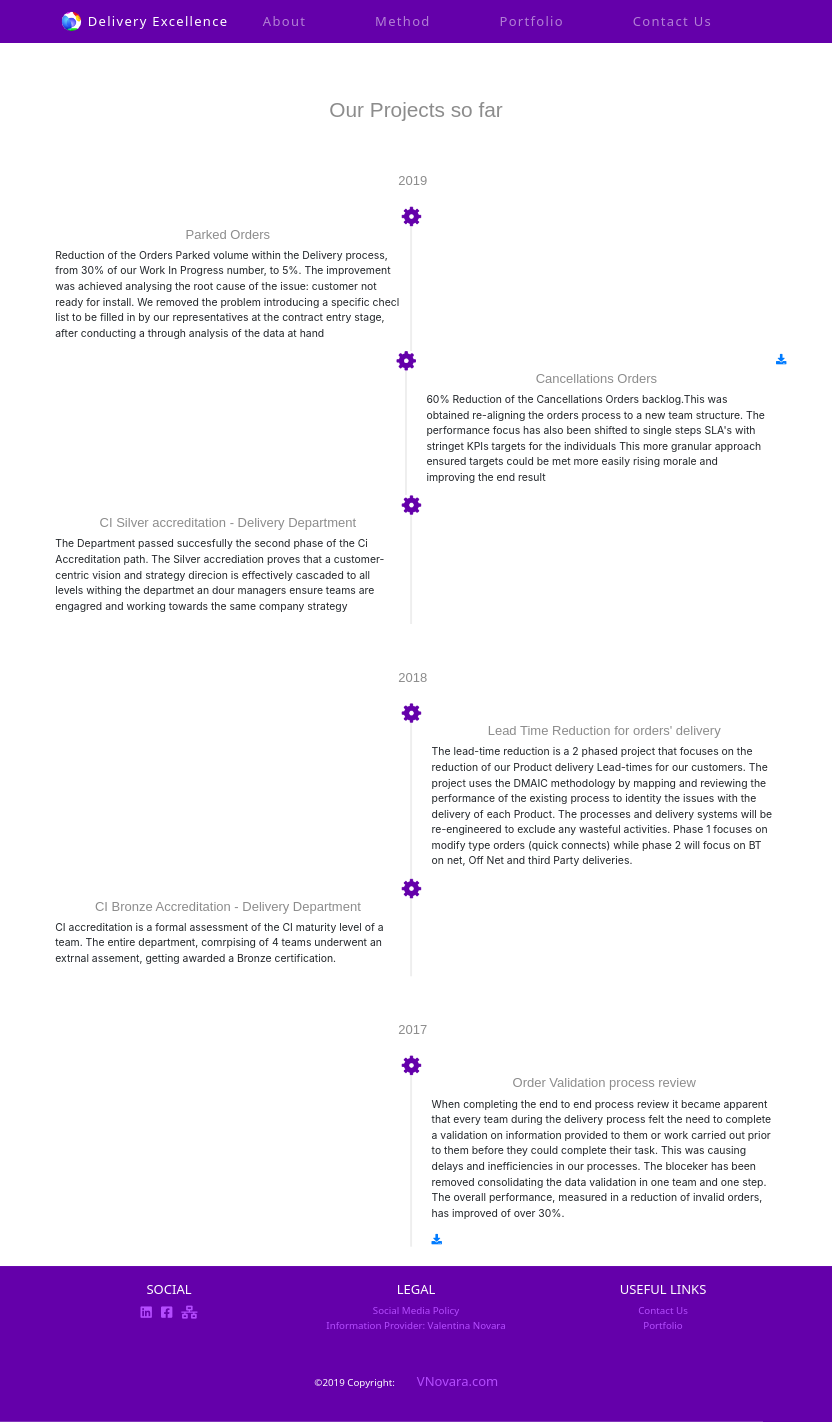
Repository: valenovi76/DeliveryExcellence
Page: portfolio.html
The author's editor kept a record of every edit. The page is drawn from the files as they stood at one moment, then again after the next edit.
The browser window is 1280 px wide. The pictures show the whole page, at 65% of full size.
Some web libraries are served in a nearby version.

Above is the page before.
Console error: ReferenceError: google is not defined

### portfolio.html
<!DOCTYPE html>
<html lang="en">
<head>
    <meta charset="UTF-8">
    <meta name="viewport" content="width=device-width, initial-scale=1.0">
    <meta http-equiv="X-UA-Compatible" content="ie=edge">
    <style>
    @import url('https://fonts.googleapis.com/css?family=Noto+Sans&display=swap');
    </style>
    <link rel="stylesheet" href="https://stackpath.bootstrapcdn.com/bootstrap/4.3.1/css/bootstrap.min.css" integrity="sha384-ggOyR0iXCbMQv3Xipma34MD+dH/1fQ784/j6cY/iJTQUOhcWr7x9JvoRxT2MZw1T" crossorigin="anonymous">
    <link rel="stylesheet" href="https://use.fontawesome.com/releases/v5.9.0/css/all.css">
    <link rel="stylesheet" href="https://cdnjs.cloudflare.com/ajax/libs/hover.css/2.3.1/css/hover-min.css" type="text/css" />
    <link rel="stylesheet" href="assets/css/style.css" type="text/css" />
    <title>Portfolio</title>
</head>
<body>

<!-- Bootstrap navbar -->
                <nav class="navbar fixed-top navbar-expand-lg navbar-dark" style="background-color: #6400AA;">
                    <div class="container">
                  <img class="logo" src="assets/images/BTlogo.jpg" width="30" height="30" alt="Bt Logo">
                  <a class="navbar-brand" href="index.html">Delivery Excellence</a>

                  <button class="navbar-toggler" type="button" data-toggle="collapse" data-target="#navbarSupportedContent" aria-controls="navbarSupportedContent" aria-expanded="false" aria-label="Toggle navigation">
                    <span class="navbar-toggler-icon"></span>
                  </button>
                  <div class="collapse navbar-collapse" id="navbarSupportedContent">
                    <ul class="navbar-nav mr-auto">

                          <li class="nav-item">
                                <a class="nav-link" href="team.html">About</a>
                          </li>
                          <li class="nav-item">
                                <a class="nav-link" href="method.html">Method</a>
                          </li>
                           <li class="nav-item">
                                <a class="nav-link" href="portfolio.html">Portfolio</a>
                          </li>
                          <li class="nav-item">
                                <a class="nav-link" href="contact.html">Contact Us</a>
                          </li>
                    </ul>
                      </div>
                      </div>
                </nav>


<div class="main-content">
    <div class="portfolio-bckgrnd">
    <div class="container">
      <div class="row">
                <div class="col-sm-12">
                    <h2>Our Projects so far</h2>

                </div>
            </div>

                <div class="row year">
                <div class="col year-portf">
                <h4>2019</h4>
                </div>
                </div>

                <div class="row parked-orders">

                    <div class="col-sm portfolio-item left-text parked-orders">
                        <h4>Parked Orders</h4>
                        <p>Reduction of the Orders Parked volume within the Delivery process, from 30% of our Work In Progress number, to 5%.
                        The improvement was achieved analysing the root cause of the issue: customer not ready for install. We removed the problem introducing
                        a specific checl list to be filled in by our representatives at the contract entry stage, after conducting a through analysis of the data at hand
                        </p>

                    </div>

                    <div class="col-sm portfolio-item right-text parked-orders">


                    </div>
                </div>
                <div class="row ceases">
                    <div class="col-sm portfolio-item left-text ceases">


                    </div>

                    <div class="col-sm portfolio-item right-text ceases">
                        <h4>Cancellations Orders</h4>
                        <p>60% Reduction of the Cancellations Orders backlog.This was obtained re-aligning the orders process to a new team structure.
                        The performance focus has also been shifted to single steps SLA's with stringet KPIs targets for the individuals
                        This more granular approach ensured targets could be met more easily rising morale and improving the end result</p>

                    </div>
                    <a href="docs/OrderValidation.docx" download="Order Validation">
                          <i class="fas fa-download"></i>
                    </a>
                </div>
                <div class="row ci-silver">
                    <div class="col-sm portfolio-item left-text ci-silver">
                       <h4>CI Silver accreditation - Delivery Department</h4>
                        <p>The Department passed succesfully the second phase of the Ci Accreditation path.
                        The Silver accrediation proves that a customer-centric vision and strategy direcion is effectively cascaded to all levels withing the departmet
                        an dour managers ensure teams are engagred and working towards the same company strategy</p>
                    </div>

                    <div class="col-sm portfolio-item right-text ci-silver">


                    </div>
                </div>
                <div class="row year">
                <div class="col year-portf">
                <h4>2018</h4>
                </div>
                </div>
                <div class="row lead-time">
                    <div class="col-sm portfolio-item left-text ">


                    </div>
                    <div class="col-sm portfolio-item right-text">
                     <h4>Lead Time Reduction for orders' delivery</h4>
                        <p>The lead-time reduction is a 2 phased project that focuses on the reduction
                        of our Product delivery Lead-times for our customers.
                        The project uses the DMAIC methodology by mapping and reviewing the performance of
                        the existing process to identity the issues with the delivery of each Product.
                        The processes and delivery systems will be re-engineered to exclude any wasteful activities.
                        Phase 1 focuses on modify type orders (quick connects) while phase 2 will
                        focus on BT on net, Off Net and third Party deliveries.
                         </p>
                    </div>
                </div>
                <div class="row ci-bronze">
                    <div class="col-sm portfolio-item left-text">
                       <h4>CI Bronze Accreditation - Delivery Department</h4>
                        <p>CI accreditation is a formal assessment of the CI maturity level of a team.
                        The entire department, comrpising of 4 teams underwent an extrnal assement,
                        getting awarded a Bronze certification.
 </p>
                    </div>
                    <div class="col-sm portfolio-item right-text">


                    </div>
                </div>
                 <div class="row year">
                <div class="col year-portf">
                <h4>2017</h4>
                </div>
                </div>
                <div class="row order-validation">
                    <div class="col-sm portfolio-item left-text">
                    </div>
                    <div class="col-sm portfolio-item right-text">
                     <h4>Order Validation process review</h4>
                        <p>
                        When completing the end to end process review it became apparent that every team
                        during the delivery process felt the need  to complete a validation on information provided to them
                        or work carried out prior to them before they could complete their task.
                        This was causing delays and inefficiencies in our processes.
                        The bloceker has been removed consolidating the data validation in one team and one step.
                        The overall performance, measured in a reduction of invalid orders, has improved of over 30%.
                         </p>
                         <a href="docs/OrderValidation.docx" download="Order Validation">
                          <i class="fas fa-download"></i>
                        </a>
                    </div>
                </div>
       </div>

</div>
</div>
      <!-- Bootstrap Footer -->
      <footer class="page-footer font-small  pt-4">
         <div class="container text-center text-md-center">
            <div class="row">
               <div class="col-sm">
                  <h5 class="text-uppercase">Social</h5>
                  <ul class="list-unstyled">
                  <li class="unstyled-icons">
                     <a class="social-icon" href="https://www.linkedin.com/company/bt" title="LinkedIn" target="_blank" rel="noopener"><i class="fab fa-linkedin"></i></a>
                  </li>
                  <li class="unstyled-icons">
                     <a class="social-icon" href="https://www.facebook.com/BTUK/"  title="FaceBook" target="_blank" rel="noopener"><i class="fab fa-facebook-square"></i></a>
                  </li>
                  <li class="unstyled-icons">
                     <a class="social-icon" href="https://intra.bt.com/" title="BT Intranet" target="_blank" rel="noopener"><i class="fas fa-network-wired"></i></a>
                  </li>
                  </ul>
               </div>
               <div class="col-sm">
                  <h5 class="text-uppercase">Legal</h5>
                  <ul class="list-unstyled">
                     <li>
                        <a   href="https://intra.bt.com/bt/group/socialmedia/Pages/Social-media-guidelines.aspx">Social Media Policy</a>
                     </li>
                     <li>
                        <a  href="https://myprofile.bt.com/person.aspx">Information Provider: Valentina Novara</a>
                     </li>
                  </ul>
               </div>
               <div class="col-sm">
                  <h5 class="text-uppercase">Useful Links</h5>
                  <ul class="list-unstyled">
                     <li>
                        <a   href="contact.html">Contact Us</a>
                     </li>
                     <li>
                        <a   href="portfolio.html">Portfolio</a>
                  </ul>
               </div>
            </div>
         </div>
            <div class="footer-copyright text-center py-3">©2019 Copyright:
            <a href="https://mdbootstrap.com/education/bootstrap/">VNovara.com</a>
         </div>
      </footer>

      <!-- Bootstrap core JavaScript
    ================================================== -->
    <!-- Placed at the end of the document so the pages load faster -->
<script src="https://cdnjs.cloudflare.com/ajax/libs/jquery/3.4.1/jquery.slim.min.js"></script>
<script src="https://cdnjs.cloudflare.com/ajax/libs/popper.js/1.15.0/umd/popper.min.js"></script>
<script src="https://cdnjs.cloudflare.com/ajax/libs/twitter-bootstrap/4.3.1/js/bootstrap.min.js"></script>
<script src="assets/js/scripts.js"></script>

</body>
</html>

### assets/css/style.css
/*--ColorPalette--*/


/*background : #C30D4C fucsia
background : #6400AA purple
background : #E60050 #E60050
background-color : #6400AA
color : #FFFFFF*?

/*--Header/Navbar--*/

.navbar {
  letter-spacing: 2px;
  font-family: "Noto sans", sans-serif;
  font-weight: lighter;
  font-size: 15px;
  color: #fafafa;
  text-align: center;
}

.navbar-brand{
  margin-right:0px;
  font-size: 1rem;
}
.nav-link {
  font-family: "Noto Sans", sans-serif;
  font-weight: 100;
  font-size: 20px;
  color: white;
  text-align: left;
}

.nav-link:hover {
  color: white;
  text-decoration: none;
}

.logo {
  border-radius: 50%;
  margin: 10px;
}

@media (min-width: 992px) {
  .navbar li {
    margin-left: 3em;
    margin-right: 3em;
  }
}

@media (min-width: 375px){
  .navbar-brand{
    font-size:1.25rem;
  }
}

/*--Footer--*/

.page-footer {
  font-family: "Noto sans", sans-serif;
  font-weight: 100;
  font-size: 15px;
  color: #ffffff;
  background-color: #6400AA;
}

.social-icon {
  color: #B54DFF;
  font-size: 20px;
  padding: 5px;
}

.unstyled-icons {
  display: inline-block;
}

.page-footer a {
  color: #B54DFF;
}

.page-footer a:hover {
  text-decoration: none;
  color: #ffffff;
}

.footer-copyright a {
  font-family: "Noto sans", sans-serif;
  font-weight: 100;
  font-size: 20px;
  color: #B54DFF;
  padding: 30px;
  display:inline-block;
}


/*--Text styles--*/
h1 {
    color: white;
    font-family: "Noto Sans", sans-serif;
    font-size: 20px;
    font-weight:400;
    margin-top:100px;
    padding:0 50px;
    text-transform: uppercase;
}


h2 {
  font-family: "Nato sans", sans-serif;
  font-weight: lighter;
  color:#8C8C8C;
  margin-top: 150px;
  text-align:center;
}

h3 {
  font-family: "Nato sans", sans-serif;
  font-weight: lighter;
  color:  #38403B;
  margin-top: 10px;
  text-align:center;
}

h4 {
  font-family: "Nato sans", sans-serif;
  font-size: 20px;
  color: #8C8C8C;
  margin-top: 30px;
  text-align: center;

}

h6 {
  font-family: "Nato sans", sans-serif;
  margin-top: 40px;
  text-align:center;
  font-weight: 600;
  color:  #38403B;
}


/*--Home Page--*/

body {
  background-color:#6400AA;
}

.bckgrnd {
  height:80vh;
  background-image: url("../images/journey2.jpg");
  background-repeat: no-repeat;
  background-size: cover;
  background-position: center center;
}

.overlay {
  background-color: rgba(0,0,0,0.3);
    width: 100%;
    height: 80vh;}


.bckgrnd p{
  color:white;
font-family:"Noto sans", sans-serif;
font-size:11px;
font-weight:400;
margin-bottom:0px;
padding:0 50px;

}

@media(min-device-width : 768px){
  .cover-title{
    font-size: 50px;
    margin-top:200px;}
  .bckgrnd p{
  font-size:25px;
  }
}



.btn-contact {
  margin-top: 20px;
    background-color: #666666;
    margin-bottom: 30px;
    margin-left: 45px;
}

/*--Contact page --*/

.main-content{
  /*background-image: url("");*/
  background-color:white;
}


.contact i {
  text-align: center;
  display: inline-block;
  width: 100%;
  font-size: 3rem;
  margin-top: 50px;
  color: #EEEEEE;
}

.phone{text-align: center;}

.ph-num {
  font-family: "Noto-sans", sans-serif;
  font-size: 20px;
  font-weight: lighter;
  color: #333333;

}


.ph-num hover {
  color: #C30D4C;
  text-decoration: none;
}

address {
  font-family: "Noto-sans", sans-serif;
  font-size: 20px;
  font-weight: lighter;
  color: #333333;
  text-align: center;
}


/*--Contact form--*/


.cont-form {
  flex-grow: 0;
  padding-top: 20px;
  padding-left:5px;
  padding-right:5px;
  text-align: center;
}

.cont-form input {
  font-family: "Noto sans", sans-serif;
  text-transform: uppercase;
  text-align:center;
  width: 100%;
  padding: 6px;
  margin-bottom: 5px;
  border: 1px solid black;
}

#message-area {
  height: 100px;
}

.btn {
  margin-top: 20px;
  background-color: #666666;
  margin-bottom: 30px;
}

.btn-primary {
    border-color: #666666;
}

.btn-primary:hover {
  background-color: #6400AA;
}



input:hover {
  background: #EEEEEE;
  color: #333333;
}


input:valid {
  border: 1px solid black;
}


/*--The team--*/

.team-page {
  text-align: center;
}

.team-member-shot {
  height: 146px;
  width: 146px;
  margin-top: 40px;
  border-radius: 50%;
  margin-left: auto;
  margin-right: auto;
  display: block;
}


.team-member-name {
  text-align: center;
  display: block;
  width: 100%;
  padding-bottom: 30px;

}

.team-p {
  text-align: center;
  color:black;
  font-weight: 300;
  font-family: "Roboto", sans-serif;
  margin-left: 10px;
  margin-right:10px;
}

.bio {
  height: 300px;
}

.pie-title {
  display: block;
  text-align: center;
}



/*--Method--*/

.define-text {
  border: 1px solid;
  border-color: #DDDDDD;
  border-top: none;
  border-right: none;
  padding-bottom: 20px;
}

.meausure-img {
  border: 1px solid;
  border-color: #DDDDDD;
  border-top: none;
  border-left: none;

}

.analyse-text {
  border: 1px solid;
  border-color: #DDDDDD;
  border-top: none;
  border-right: none;
  padding-bottom: 20px;
}

.improve-img {
  border: 1px solid;
  border-color: #DDDDDD;
  border-top: none;
  border-left: none;

}

.control{
  padding-bottom: 40px;
}
.control-text {
  border: 1px solid;
  border-color: #DDDDDD;
  border-top: none;
  border-right: none;
  padding-bottom: 20px;
}

.method-item-number {
  font-size: 5.584rem;
  color: #e1e1e1;
  left: 0;
  top: 0;
  -webkit-transform: translate(-127%, -21%);
  -ms-transform: translate(-127%, -21%);
  transform: translate(-127%, -21%);
  font-family: Noto Sans, sans-serif;
  font-weight: 800;
  background-color: #fff;
}

.method-img {
    display: block;
    margin: 30px auto 30px auto;
    width: 35%;
    padding-top: 30px;
}


@media(max-width: 600px){
  .method-img{
  display: none;}
}

/*--Portfolio--*/





.right-text{
  padding-left:30px;
}
.year {
    text-align: center;
    padding-right: 10px;
    margin-top: 40px;
    margin-bottom: 20px;
}

.order-validation{
  padding-bottom: 30px;
}

@media (min-width:420px) {
  .left-text {
  border: 3px solid;
  border-color: #EEEEEE;
  border-left: none;
  border-top: none;
  border-bottom: none;}
  .left-text:before {
   content: "";
  width: 30px;
  height: 30px;
  background-image: url("../images/purplegear.png");
  background-size: contain;
  background-color: white;
  position: absolute;
  right: -17px;
  top: 0;
}
}

### assets/js/scripts.js
      // Load Charts and the corechart package.
      google.charts.load('current', {'packages':['corechart']});

      // Draw the pie chart for Michelle's pizza when Charts is loaded.
      google.charts.setOnLoadCallback(drawMichelleChart);

      // Draw the pie chart for the Karen's pizza when Charts is loaded.
      google.charts.setOnLoadCallback(drawKarenChart);

      // Draw the pie chart for the Vale's pizza when Charts is loaded.
      google.charts.setOnLoadCallback(drawValeChart);

      // Callback that draws the pie chart for Michelle's pizza.
      function drawMichelleChart() {

        // Create the data table for Michelle's pizza.
        var data = new google.visualization.DataTable();
        data.addColumn('string', 'Skills');
        data.addColumn('number', '%');
        data.addRows([
          ['Project Management', 5],
          ['Six ∑', 4],
          ['Lean Pract.', 2],
          ['CI Coaching', 5],
        ]);

        // Set options for Michelle's pie chart.
        var options = {legend:'left',
                       colors: ['#6300AA', '#B54DFF', '#9500FF', '#5A2680', '#7700CC'],
                       fontSize:11,
                       pieSliceText:'percentage',
                       sliceVisibilityThreshold:1/720,

        };

        // Instantiate and draw the chart for Michelle's pizza.
        var chart = new google.visualization.PieChart(document.getElementById('Michelle_chart_div'));
        chart.draw(data, options);
      }

      // Callback that draws the pie chart for Karen's pizza.
      function drawKarenChart() {

        // Create the data table for Karen's pizza.
        var data = new google.visualization.DataTable();
        data.addColumn('string', 'Skills');
        data.addColumn('number', '%');
        data.addRows([
          ['Project Management', 3],
          ['Six ∑', 4],
          ['CI Coaching', 4],
          ['Data Analytics', 3]
        ]);

        // Set options for Karen's pie chart.
        var options = {
          legend:'left',
          colors: ['#6300AA', '#B54DFF','#9500FF'],
          fontSize:11,
        };

        // Instantiate and draw the chart for Karen's pizza.
        var chart = new google.visualization.PieChart(document.getElementById('Karen_chart_div'));
        chart.draw(data, options);

      }

        // Callback that draws the pie chart for Vale's pizza.
      function drawValeChart() {

        // Create the data table for Vale's pizza.
        var data = new google.visualization.DataTable();
        data.addColumn('string', 'Skills');
        data.addColumn('number', '%');
        data.addRows([
          ['SQL', 2],
          ['HTML', 2],
          ['CSS', 2],
          ['Six ∑', 0],
          ['Vba', 3]
        ]);

        // Set options for Vale's pie chart.
        var options = {
          legend:'left',
          colors: ['#6300AA', '#B54DFF', '#9500FF', '#5A2680', '#7700CC'],
          fontSize:11,
        };

        // Instantiate and draw the chart for Vale's pizza.
        var chart = new google.visualization.PieChart(document.getElementById('Vale_chart_div'));
        chart.draw(data, options);
      }

After the next edit:
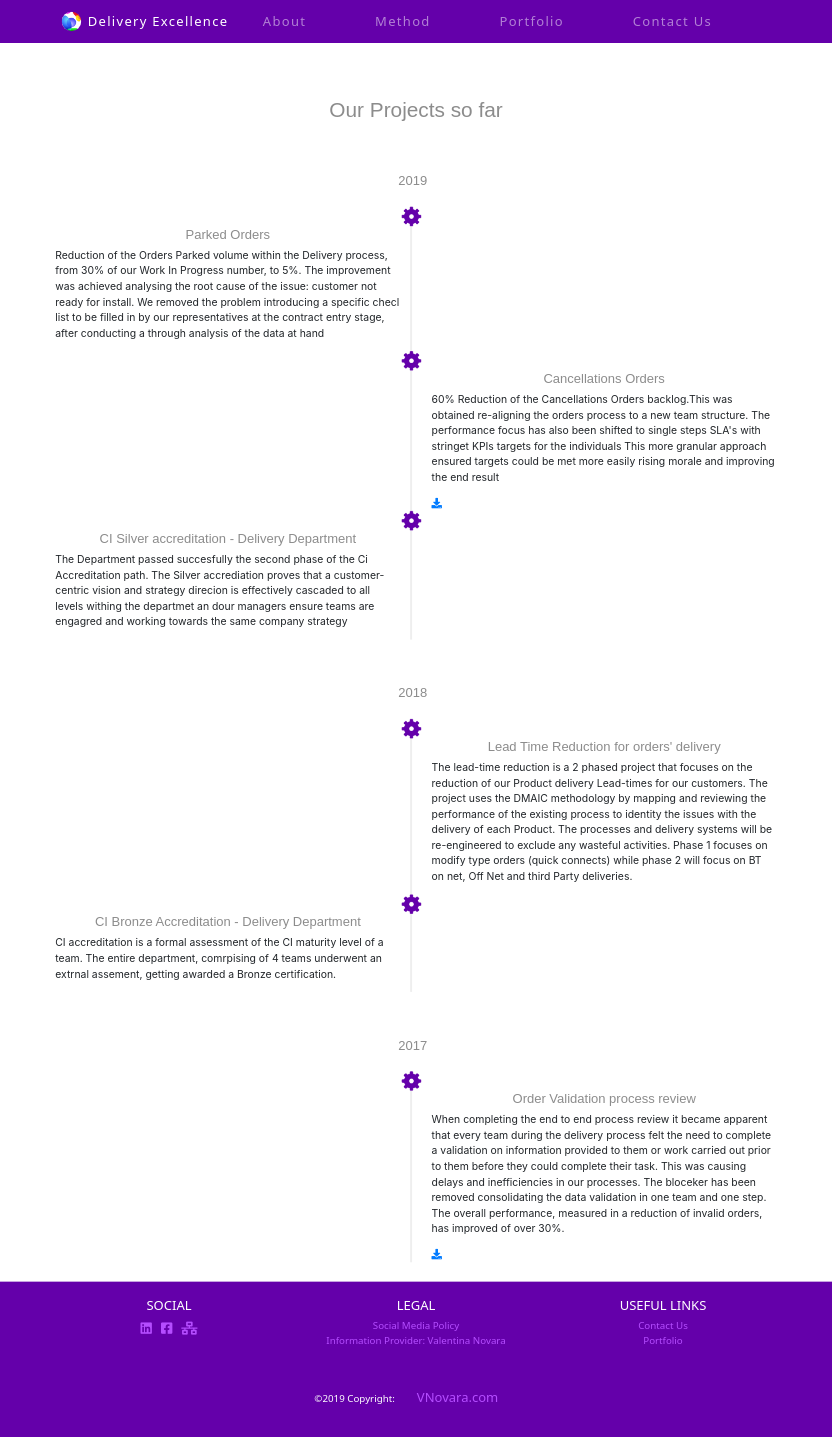
The edit:
--- a/portfolio.html
+++ b/portfolio.html
@@ -88,11 +88,11 @@
                         <p>60% Reduction of the Cancellations Orders backlog.This was obtained re-aligning the orders process to a new team structure.
                         The performance focus has also been shifted to single steps SLA's with stringet KPIs targets for the individuals
                         This more granular approach ensured targets could be met more easily rising morale and improving the end result</p>
-
-                    </div>
-                    <a href="docs/OrderValidation.docx" download="Order Validation">
+                     <a href="../docs/Cancellations_Project.pptx" download="Order Validation">
                           <i class="fas fa-download"></i>
                     </a>
+                    </div>
+
                 </div>
                 <div class="row ci-silver">
                     <div class="col-sm portfolio-item left-text ci-silver">
